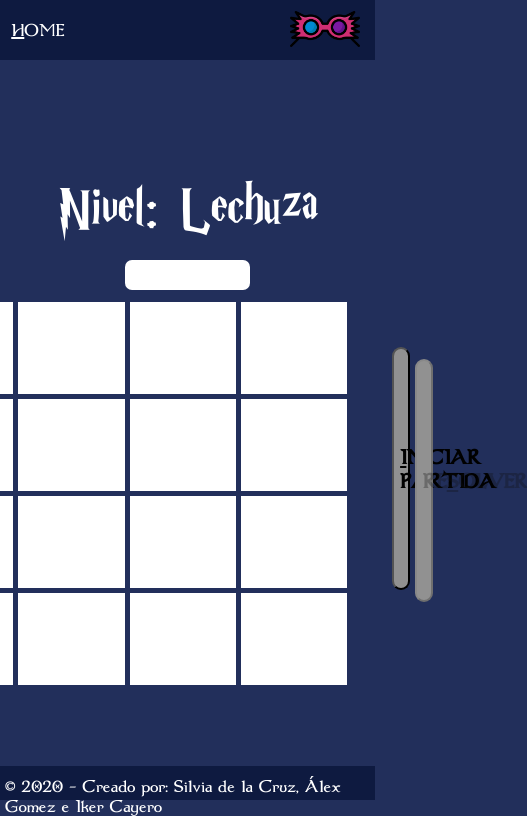
Repository: alexgomezdev/RavenclawSimon
Page: http://localhost/start.php?do=tryagain
These files come from the project's save history. The page is drawn as it stood at one moment and after the next save; the edit follows.
The browser window is 375 px wide. The page is 527 px wide, so the pictures cover 527 px, including what lies to the right of the window. The pictures show the whole page.
The page is run by PHP 8.4 with error messages shown; the project is at /var/www/html/.

Above is the page before, as saved 2020-11-10 21:05:56.

### start.php
<!DOCTYPE html>
<?php
session_start();
?>
<html lang="en">
<head>
    <meta charset="UTF-8">
    <meta name="viewport" content="width=device-width, initial-scale=1.0">
    <title>Ravenclaw Simon</title>
    <link rel="stylesheet" href="templates/lib.css">
    <link rel="stylesheet" href="templates/general.css">
    <link rel="stylesheet" href="templates/start.css">
    <audio id="start" src="templates/assets/audio/start.wav"></audio>
    <audio id="select" src="templates/assets/audio/select.mp3"></audio>
    <audio id="solve" src="templates/assets/audio/revelio.mp3"></audio>
    <script src="js/colorblind.js"></script>
</head>
<?php
    if (isset($_POST['colorblind_data'])) {
            $_SESSION['colorblind-data'] = $_POST['colorblind_data'];
        }
?>
<body id="body" <?php if (isset($_SESSION['colorblind-data']) && $_SESSION['colorblind-data'] == "True") {
            echo "class = 'body-blindcolor'";
        } else {
            echo "class = 'body'";
        } ?>>
    <header id="header" <?php if (isset($_SESSION['colorblind-data']) && $_SESSION['colorblind-data'] == "True") {
            echo "class = 'header-blindcolor'";
        } else {
            echo "class = 'header'";
        } ?>>
        <div id="home_link_div">
            <a href="index.php" id="home_link" accesskey="h"><underline class="accesskey">H</underline>OME</a>
        </div>
        <div class="colorblind_button_div" title="MODO DALTÓNICO" onclick="click_colorblind()">
            <img src="templates/assets/icono_daltonico.png" alt="Modo daltónico" id="colorblind_icon">
        </div>
    </header>
    <div id="show_name">
        <?php
        if (isset($_POST['username'])) {
            $username = $_POST['username'];
            if (isset($_SESSION['user']) && $_SESSION['user'] != $_POST['username']) {
                session_unset();
            }
            if (isset($_SESSION['user'])) {
                echo 'Jugador: ' . $_SESSION['user'];
            } else {
                $_SESSION['user'] = $username;

                echo 'Jugador: ' . $_SESSION['user'];
            }
        } else {
            if (isset($_SESSION['user'])) {
                echo 'Jugador: ' . $_SESSION['user'];
            }
        }
        if (isset($_SESSION['lvl'])) {
            if ( isset($_GET["do"]) && $_GET["do"] == "next") {
                $_SESSION['rankPoints'] = $_SESSION['rankPoints'] + 1000;
                $_SESSION['lvl'] = $_SESSION['lvl'] + 1;
            } else if (isset($_GET["do"]) && $_GET["do"] == "tryagain") {
                $_SESSION['rankPoints'] = $_SESSION['rankPoints'] - 50;
            }
        } else {
            $_SESSION['lvl'] = 0;
        }
        if (!isset($_SESSION['rankPoints'])) {
            $_SESSION['rankPoints'] = 1000;
        }
        $archivo = file('templates/config.txt');
        $nivel = explode(";", $archivo[$_SESSION['lvl']]);
        $filas = explode("x", $nivel[1]);
        $randArray = [];
        $randNum = [];
        $segons = $nivel[3] * 1000;
        echo "</br>Nivel: " . $nivel[0];
        ?>
        <script type="text/javascript">
            var segons = <?php echo $segons; ?>

        </script>
    </div>
    <div id="timer">
        <div id="progress">
            <div id="bar">
                <div id="label"></div>
            </div>
        </div>
    </div>
    <script src="js/playing.js"></script>
    <div class=" maxwd just-cont-center ds-flex">
        <div>
            <?php

            for ($m = 1; $m <= $nivel[2]; $m++) {
                $randNum = rand(0, ($filas[0] * $filas[1]) - 1);
                if (in_array($randNum, $randArray)) {
                    $m = $m - 1;
                } else {
                    array_push($randArray, $randNum);
                }
            }
            //echo "<PRE>" . print_r($_SESSION['lvl'], true) . "</PRE>";
            //0. NOM, 1. MATRIU, 2. PINTAR 3. SEGS, 4.CODI

            $cont = 0;
            //echo "<PRE>" . var_export($nivel, true) . "</PRE>";

            echo " <table class='tg'><tbody>";
            for ($i = 1; $i <= $filas[0]; $i++) {
                echo "<tr>";
                for ($x = 1; $x <= $filas[1]; $x++) {
                    if (in_array($cont, $randArray)) {
                        echo "<td class='tg plus'  id='. $cont . ' ' '></td>";
                        $cont = $cont + 1;
                    } else {
                        echo "<td class='tg' id='. $cont . ' '></td>";
                        $cont = $cont + 1;
                    }
                }
                echo "</tr>";
            }
            echo " </tbody> </table>";
            //echo "<PRE>" . print_r($filas, true) . "</PRE>";
            ?>
        </div>
               <div class=" ds-flex just-space-around">
            <div id="button_div">
                <button class="button_play" id="start_game_button" onclick="showNices(); updateClock(); move(); start()" accesskey="i">
                    <h3><underline class="accesskey">I</underline>NICIAR PARTIDA</h3>
                </button>
                <button class="button_play" id="solve_button" onclick="winorlose()" onmouseover="solve()" accesskey="s" disabled>
                    <h3>RE<underline class="accesskey">S</underline>OLVER</h3>
                </button>
            </div>
        </div>
    </div>
    <footer id="footer" <?php if (isset($_SESSION['colorblind-data']) && $_SESSION['colorblind-data'] == "True") {
            echo "class = 'footer-blindcolor'";
        } else {
            echo "class = 'footer'";
        } ?>>
        <div id="footer_content">
            &#0169 2020 - Creado por: Silvia de la Cruz, Álex Gomez e Iker Cayero
        </div>
    </footer>
</body>
</html>

### templates/config.txt
Lechuza;4x4;5;4;AA11
Duendecillo;4x4;7;3;AZ21
Centauro;4x4;8;2;BA3G
Trol;4x4;10;1;S7R
Hipogrifo;5x5;7;3;R67T
Gigante;5x5;10;3;78K5
Dementor;5x5;13;2;OPH0
Cancerbero;5x5;14;2;I796
Dragón;5x5;15;1;9UGG
Basilisco;6x6;16;2;6GPD

### templates/lib.css
.maxwd {
  width: 100%;
}

.ds-flex {
  display: flex;
}
.just-cont-center {
  justify-content: center;
}
.just-space-around {
  justify-content: space-around;
}

### templates/general.css
@font-face {
  font-family: "Harry_Potter";
  src: url("../templates/typography/HARRYP.TTF") format("truetype");
}

@font-face {
  font-family: "Dumbledore";
  src: url("../templates/typography/dumbledor.1.ttf") format("truetype");
}

html {
  min-height: 100%;
  position: relative;
}

body {
  font-family: "Dumbledore";
  background-color: #222f5b;
}

.body-blindcolor {
  background-color: #6c1ab2;
}

header {
  background-color: #0e1a40;
  top: 0;
  left: 0;
  position: fixed;
  width: 100%;
  height: 60px;
  display: flex;
}

.header-blindcolor {
  background-color: #2d044c;
}

#home_link_div {
  float: left;
  margin-left: 3%;
  padding-top: 9px;
  text-align: center;
  width: 10%;
  height: 100%;
  margin-right: none;
}

#home_link {
  display: flex;
  justify-content: center;
  align-items: center;
  color: #ffffff;
  font-size: 20px;
  text-decoration: none;
  width: min-content;
  height: 70%;
}

.colorblind_button_div {
  float: right;
  margin-right: 4%;
  width: 20%;
  text-align: center;
  height: 100%;
}

#colorblind_icon {
  float: right;
  justify-content: center;
  color: #ffffff;
  font-size: 20px;
  text-decoration: none;
  padding-top: 11px;
  height: 60%;
  cursor: pointer;
}

#title {
  color: #ffffff;
  font-family: "Harry_Potter";
  font-size: 60px;
  width: 100%;
  text-align: center;
  margin-top: 120px;
}

underline {
  text-decoration: underline;
}
main {
  width: 100%;
}

footer {
  color: #ffffff;
  background-color: #0e1a40;
  bottom: 0;
  left: 0;
  position: absolute;
  width: 100%;
  height: 3%;
  display: flex;
  padding-top: 10px;
  clear: both;
}

.footer-blindcolor {
  background-color: #2d044c;
}

#footer_content {
  margin-left: 5px;
  color: #ffffff;
  font-size: 20px;
  vertical-align: center;
  height: 60%;
}

@media (max-width: 800px) {
  #home_link_div {
    width: 15%;
  }
}

@media (max-width: 500px) {
  #home_link_div {
    width: 25%;
  }
}

### templates/start.css
.tg {
  border-collapse: collapse;
  border-width: 5px;
  width: 450px;
  height: 90px;
  background-color: white;
  border-style: solid;
  border-color: #222f5b;
}

#show_name {
  color: #ffffff;
  font-family: "Harry_Potter";
  font-size: 60px;
  width: 100%;
  text-align: center;
  margin-top: 120px;
  margin-bottom: 20px;
}

table {
  width: 100%;
  margin: 0 auto;
}

.nice {
  background-color: #946b2d;
}

#button_div {
  display: inline-block;
  margin-top: 50px;
  margin-bottom: 100px;
  text-align: center;
  width: 100%;
}

.button_play {
  border-radius: 15px;
  background-color: #919191;
  font-family: "Dumbledore";
  font-size: 20px;
  width: 15%;
  height: 100%;
}

.button_play:hover {
  color: #5d5d5d;
  background-color: #ffffff;
}

#timer {
  font-family: "Harry_Potter";
  color: white;
  width: 100%;
}
#timer {
  text-align: center;
  margin-top: 2%;
  font-size: 25px;
  font-family: "Harry_Potter";
  color: white;
}

#progress {
  position: relative;
  width: 20%;
  height: 30px;
  background-color: #ffffff;
  margin: 0 auto;
  margin-bottom: 2%;
  border-radius: 7px;
}
#bar {
  position: absolute;
  width: 0%;
  height: 100%;
  background-color: #946b2d;
  border-radius: 5px;
}
#label {
  padding-top: 3px;
}

.colorblind_button_div {
  width: 90%;
}

@media (max-width: 1200px) {
  #progress {
    width: 25%;
  }
}

@media (max-width: 900px) {
  #progress {
    width: 30%;
  }
}

@media (max-width: 700px) {
  #progress {
    width: 35%;
  }
}

### js/colorblind.js
var daltonico = 0;


function click_colorblind() {
    if (daltonico == 0) {
        daltonico = 1;
        change_colorblind(daltonico);
    } else {
        daltonico = 0;
        change_colorblind(daltonico);
    }
}

function change_colorblind(id) {
    change_body(id);
    change_header(id);
    change_footer(id);
}

function change_body (id){
    if (id == 1) {
        document.getElementById("body").removeAttribute("class");
        document.getElementById("body").setAttribute("class", "body-blindcolor");
    } else {
        document.getElementById("body").removeAttribute("class", "body-blindcolor");
        document.getElementById("body").setAttribute("class", "body");
    }
}

function change_header (id){
    if (id == 1) {
        document.getElementById("header").removeAttribute("class");
        document.getElementById("header").setAttribute("class", "header-blindcolor");
    } else {
        document.getElementById("header").removeAttribute("class", "header-blindcolor");
        document.getElementById("header").setAttribute("class", "header");
    }
}

function change_footer (id){
    if (id == 1) {
        document.getElementById("footer").removeAttribute("class");
        document.getElementById("footer").setAttribute("class", "footer-blindcolor");
    } else {
        document.getElementById("footer").removeAttribute("class", "footer-blindcolor");
        document.getElementById("footer").setAttribute("class", "footer");
    }
}

### js/playing.js
var tdscorrects = document.getElementsByClassName('plus');
function hideNices (){
    for (const key of tdscorrects) {
        key.classList.remove('nice');
    }
    document.getElementById("solve_button").removeAttribute('disabled');
    var clickable = document.getElementsByClassName('tg');
    var clickable = document.getElementsByClassName('tg');
    for (const x of clickable) {
        x.setAttribute('onclick', 'choose(this.id)');
    }
    startTime =new Date();
    document.getElementById("start_game_button").setAttribute('disabled', false);
};
function showNices(){
    for (const x of tdscorrects) {
            x.classList.add('nice');
        }
    setTimeout(hideNices,segons)
};

function choose(id) {
    var elem = document.getElementById(id);
    if (elem.classList.contains('nice')){
        elem.classList.remove('nice');
    }else{
        elem.classList.add('nice');
    }
    document.getElementById('select').play();
};

function winorlose() {
    endTime = new Date();
    var intervalTime = endTime - startTime ;
    intervalTime = intervalTime/100;
    timeToReturn = Math.round(intervalTime);
    var playResut = document.getElementsByClassName('plus nice');
    var contNice = document.getElementsByClassName('nice')
    if ((contNice.length == tdscorrects.length) && ((playResut.length == tdscorrects.length)) ){
        window.open("success.php?tiempo="+timeToReturn, "_self");
    }else{
        window.open("gameOver.php", "_self");
    }
};

function start() {
    document.getElementById('start').play();
};

function solve() {
    document.getElementById('solve').play();
};

var totalTime = segons /1000;

function move() {
    var elem = document.getElementById("bar");
    var width = 0;
    var id = setInterval(frame, segons/100);
    function frame() {
      if (width >= 100) {
        clearInterval(id);
      } else {
        width++;
        elem.style.width = width + '%';
      }//
    }
}

function updateClock() {
    document.getElementById('label').innerHTML = totalTime;
    if(totalTime==0){

    }else{
        totalTime-=1;
        setTimeout("updateClock(totalTime)",1000);
    }
}

After the next save:
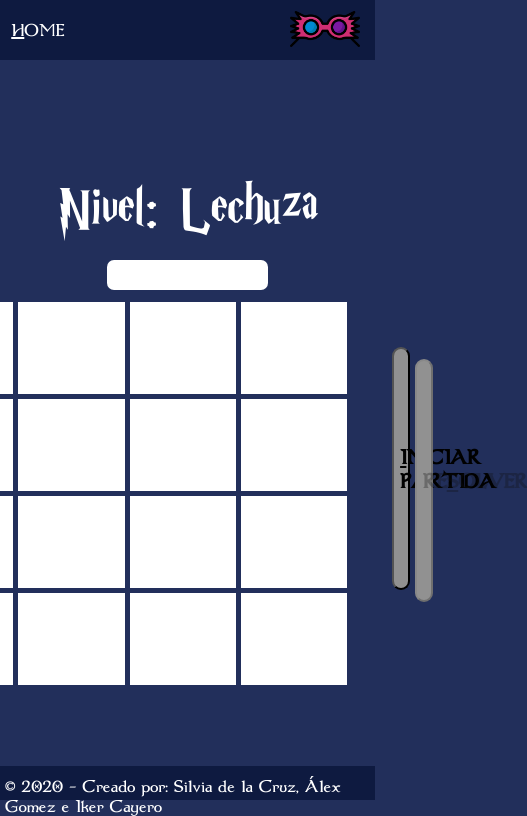
Saved 41 s later.
--- a/templates/start.css
+++ b/templates/start.css
@@ -103,3 +103,13 @@
     width: 35%;
   }
 }
+@media (max-width: 600px) {
+  #progress {
+    width: 40%;
+  }
+}
+@media (max-width: 500px) {
+  #progress {
+    width: 45%;
+  }
+}
